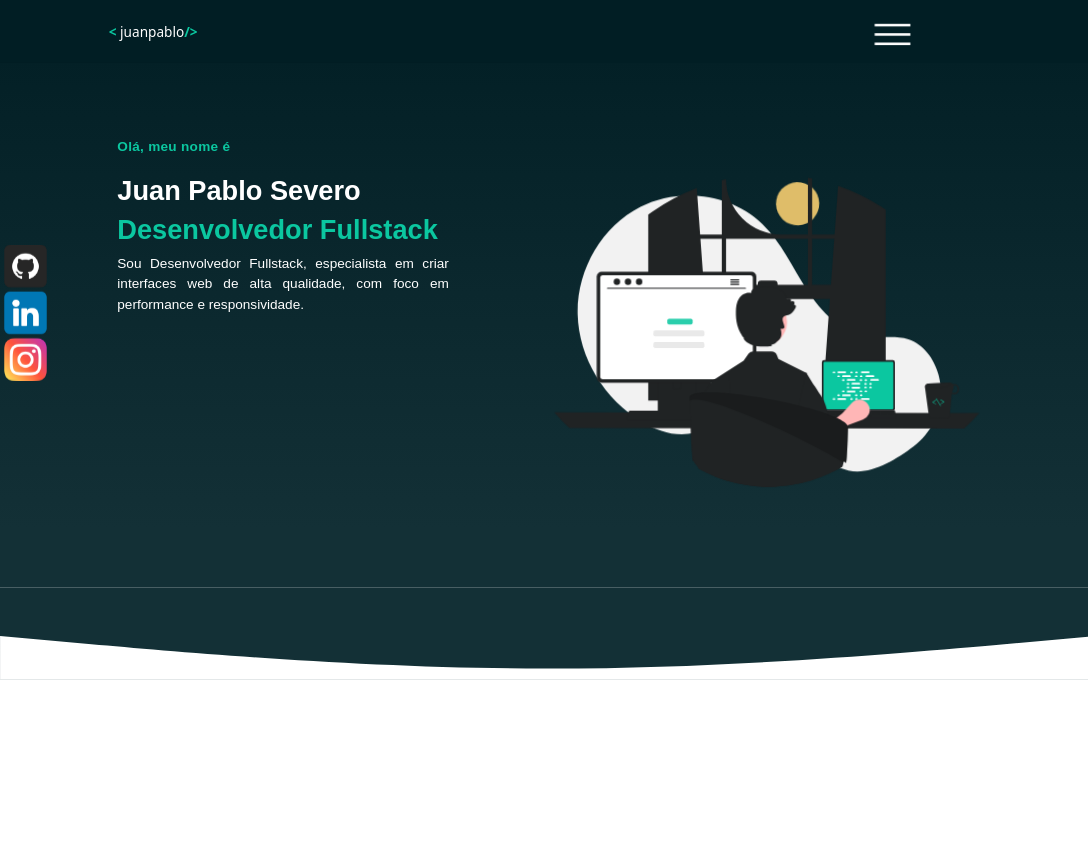
Repository: JuanPabloDS/portifolio
Page: http://localhost/
An editor plug-in stored every save of this project. The page is shown before and after the next save, followed by the edit.
The browser window is 1280 px wide. The pictures show the whole page, at 85% of full size.
The page is served by the project's application, run on Django 4.2 (manage.py).

Above is the page before, as saved 2023-03-23 15:37:20.

After the next save:
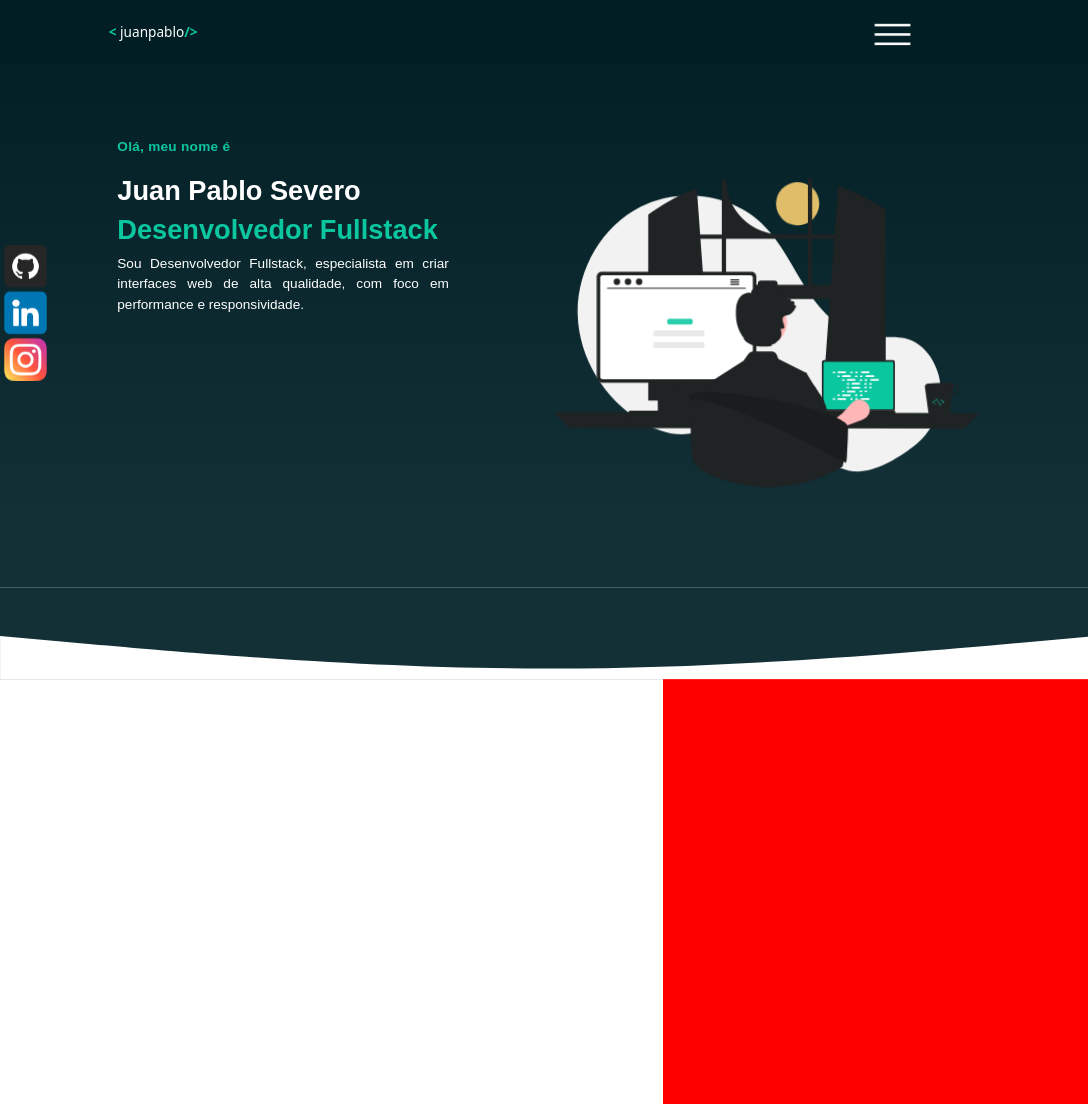
Saved 7 min 17 s later.
--- a/core/static/css/style.css
+++ b/core/static/css/style.css
@@ -450,3 +450,9 @@ animation: blink 0.7s infinite;
   flex-flow: row wrap;
   justify-content: flex-end;
 }
+
+.foto {
+  width: 500px;
+  height: 500px;
+  background-color: red;
+}

After the save that followed:
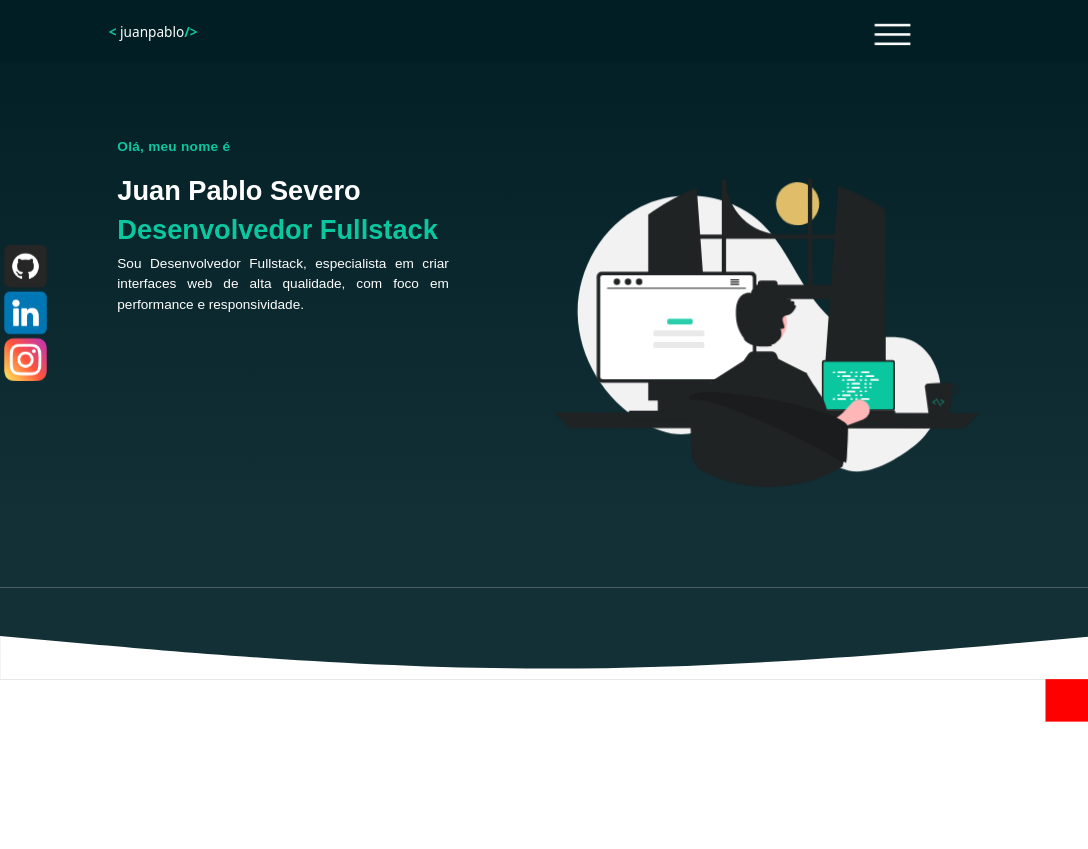
Saved 44 s later.
--- a/core/static/css/style.css
+++ b/core/static/css/style.css
@@ -452,7 +452,7 @@ animation: blink 0.7s infinite;
 }
 
 .foto {
-  width: 500px;
-  height: 500px;
+  width: 50px;
+  height: 50px;
   background-color: red;
 }
